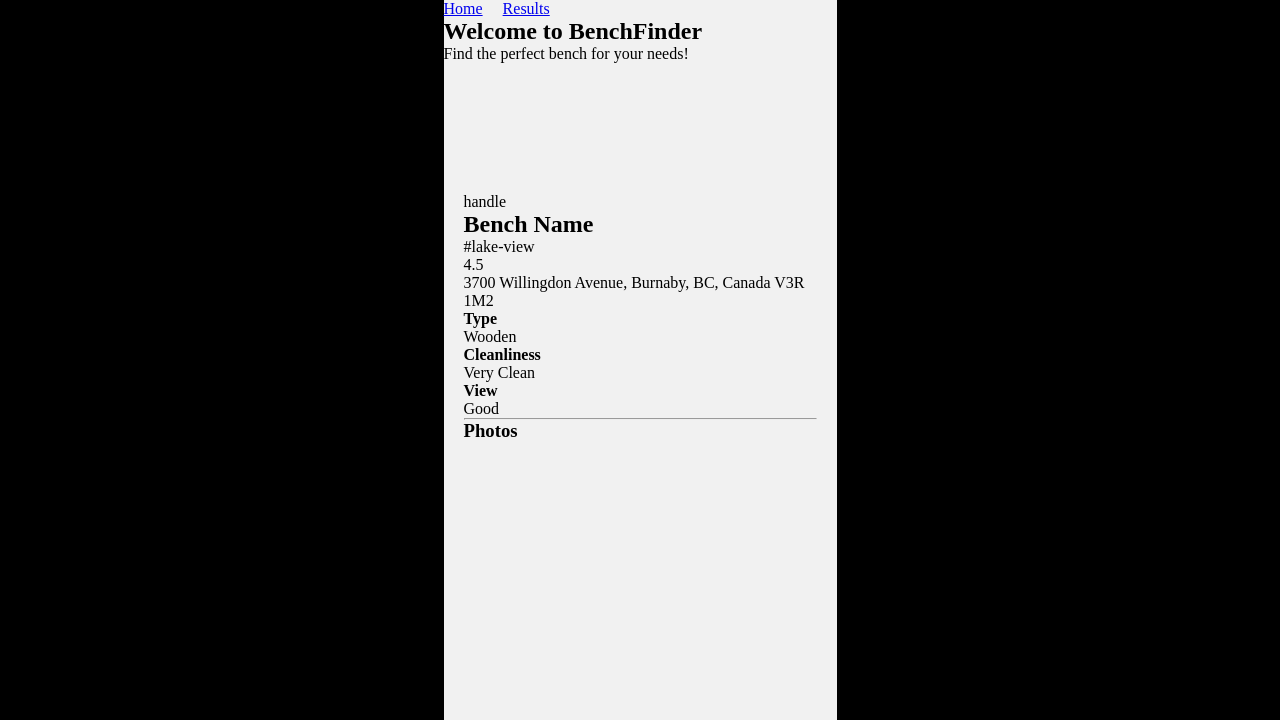
Repository: HidayatPatil/BenchFinder
Page: /
An editor plug-in stored every save of this project. The page is shown before and after the next save, followed by the edit.
The browser window is 1280 px wide. The pictures show the whole page.
The project was rebuilt for these pictures with package versions that can differ from the ones it lists, and the page was loaded fresh each time. Also part of the build but not shown: vite.config.js, src/Results.jsx.

Above is the page before, as saved 2025-10-09 18:58:30.

After the next save:
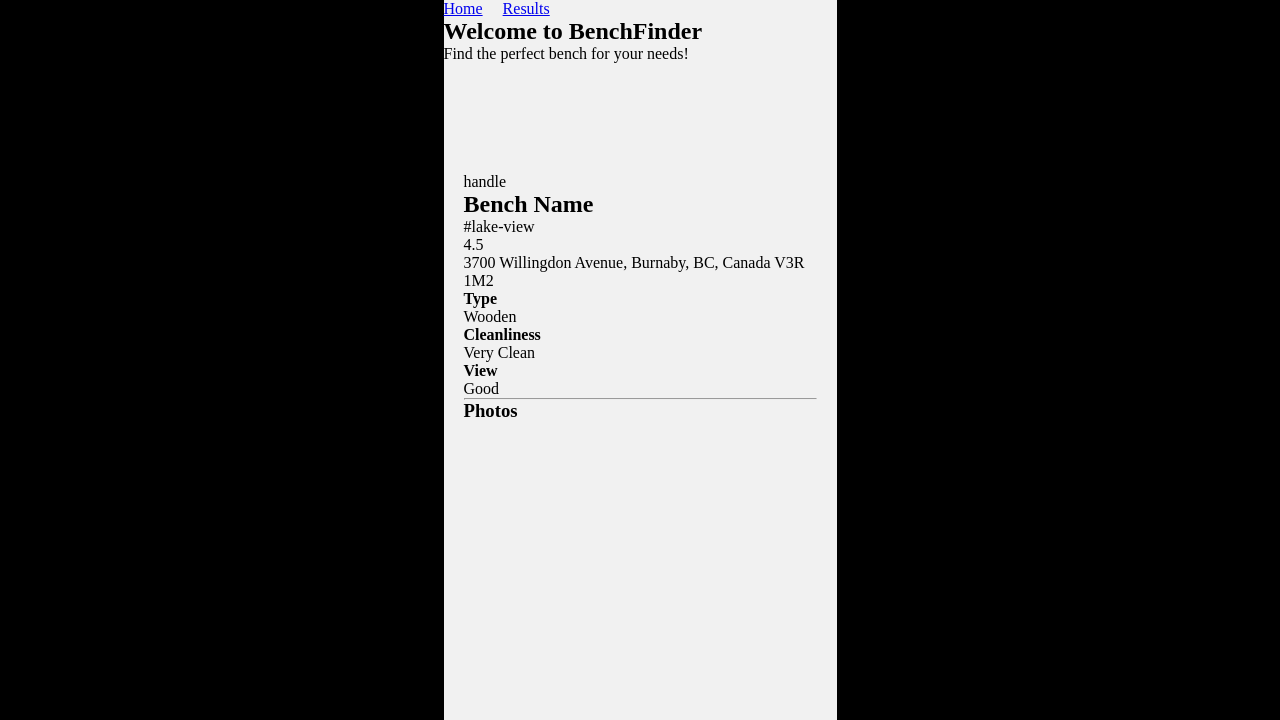
Saved 23 s later.
--- a/src/index.css
+++ b/src/index.css
@@ -38,5 +38,5 @@ body, html {
     height: 547px;
     position: absolute;
     bottom: 0;
-    padding: 20px;
+    padding: 0 20px;
 }
